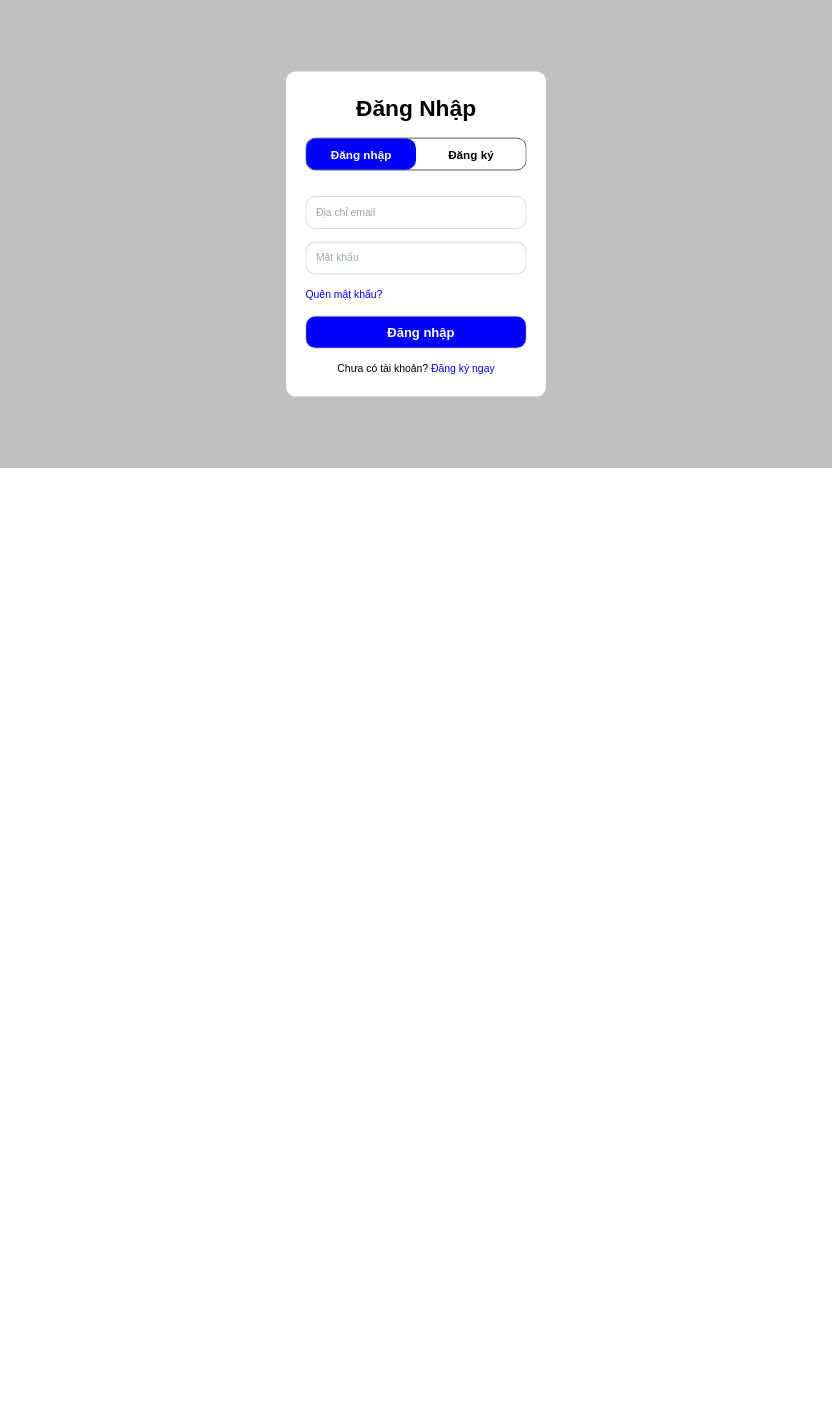
Repository: NguyenMinhThien-sudo/DemoFormPractice
Page: /
The author's editor kept a copy of each file at every save. The page is drawn from the files as they stood at one save, then again after the next save.
The browser window is 1280 px wide. The pictures show the whole page, at 65% of full size.
The project was rebuilt for these pictures with package versions that can differ from the ones it lists, and the page was loaded fresh each time. Also part of the build but not shown: vite.config.js.

Above is the page before, as saved 2023-05-18 15:58:06.

After the next save:
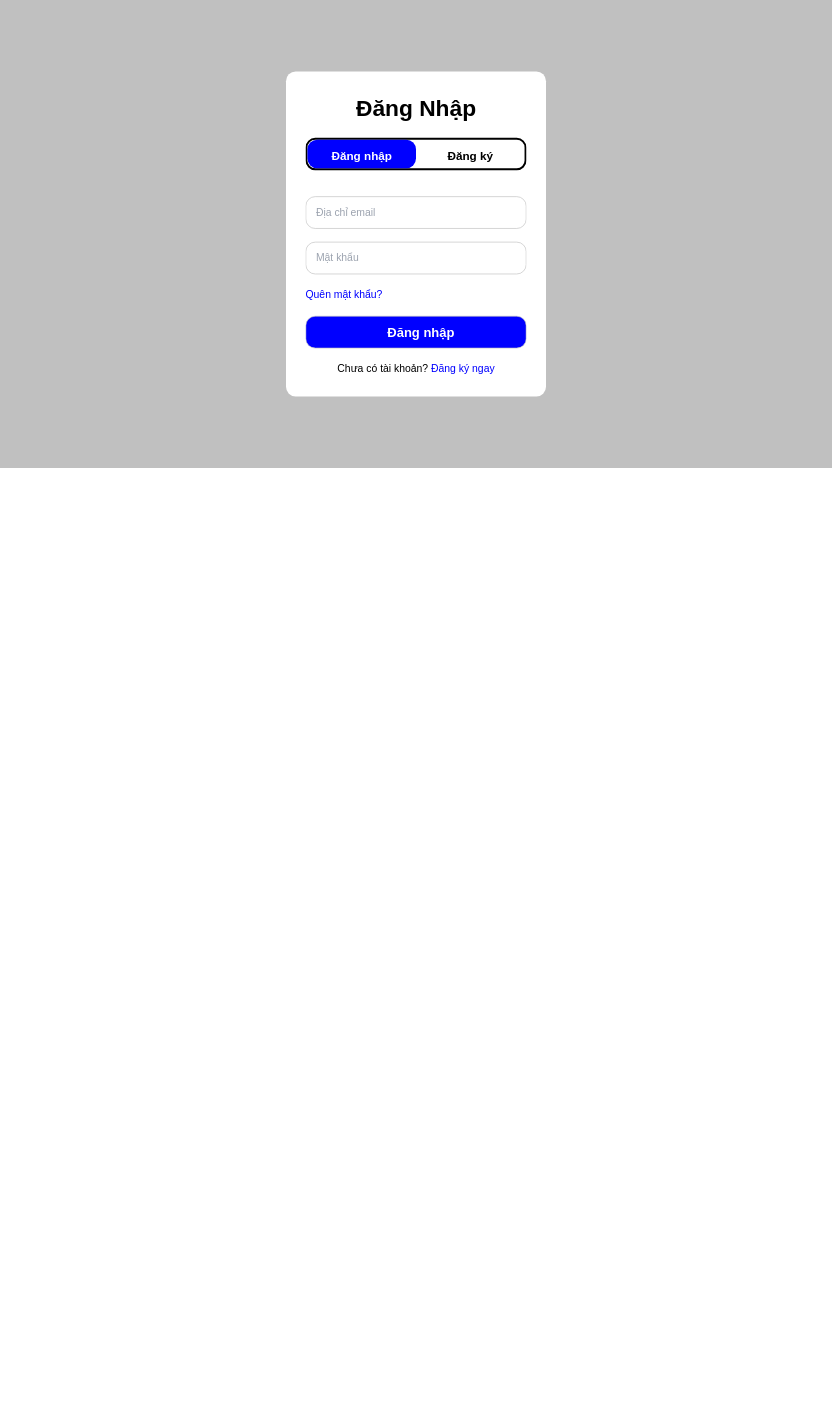
Saved 27 s later.
--- a/src/components/form_practice/form.jsx
+++ b/src/components/form_practice/form.jsx
@@ -42,7 +42,7 @@
     text-align: center;
     width: 100%;
     height: 50px;
-    border: 1px solid black;
+    border: solid black;
     border-radius: 15px;
     margin: 20px 0 20px;
     position: relative;

After the save that followed:
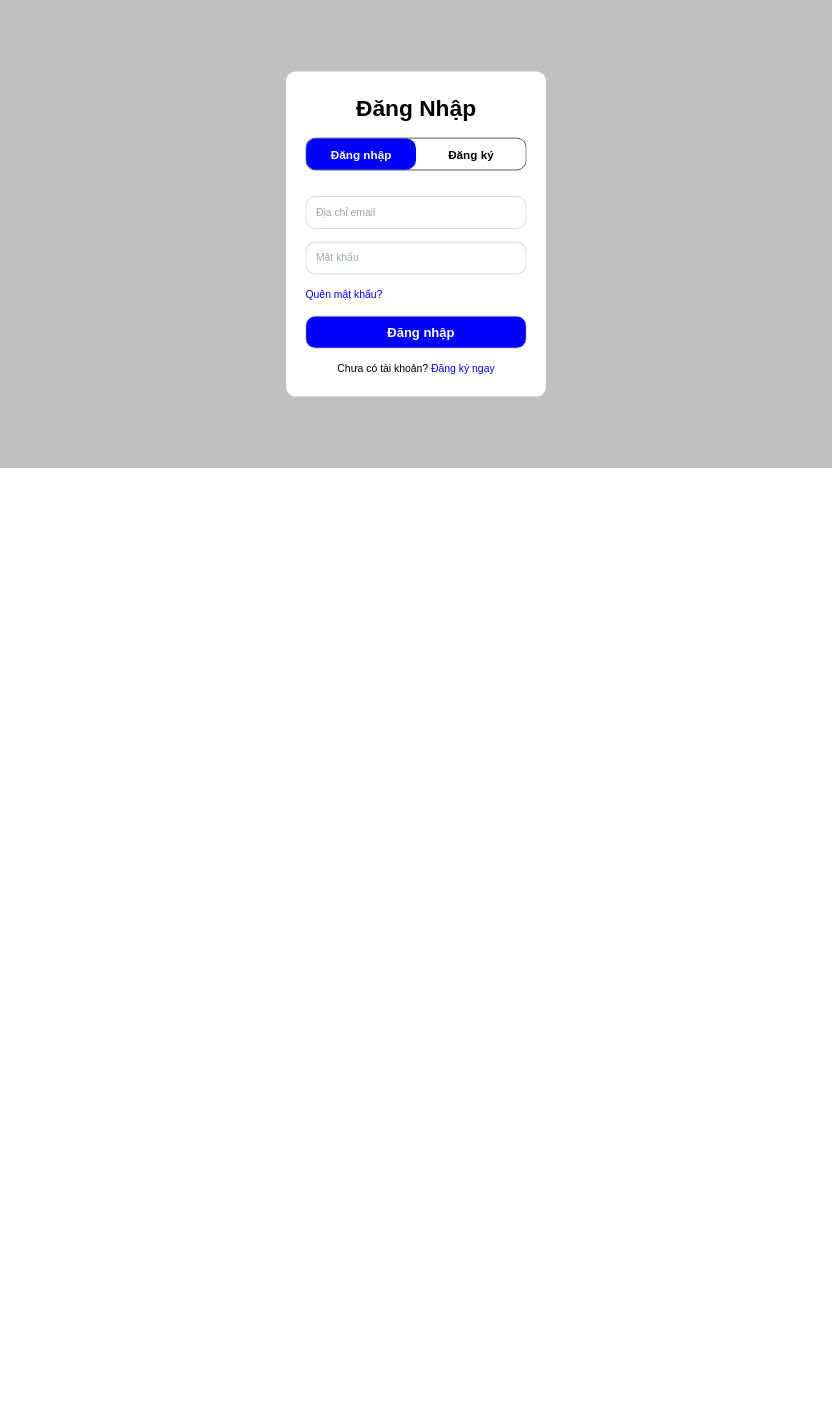
Saved 6 s later.
--- a/src/components/form_practice/form.jsx
+++ b/src/components/form_practice/form.jsx
@@ -42,7 +42,7 @@
     text-align: center;
     width: 100%;
     height: 50px;
-    border: solid black;
+    border: 1px solid black;
     border-radius: 15px;
     margin: 20px 0 20px;
     position: relative;
